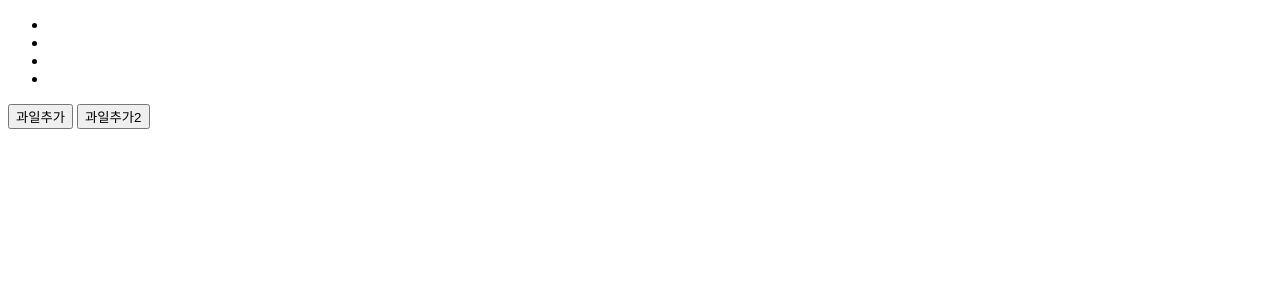
Repository: mvcfvsgdj/javaee
Page: ajaxPrj_09_6/src/main/webapp/jquery2.html
An editor plug-in stored every save of this project. The page is shown before and after the next save, followed by the edit.
The browser window is 1280 px wide. The pictures show the whole page.

Above is the page before, as saved 2023-09-06 01:35:08.

### ajaxPrj_09_6/src/main/webapp/jquery2.html
<!DOCTYPE html>
<html>
<head>
<meta charset="UTF-8">
<title>Insert title here</title>
<script src="https://ajax.googleapis.com/ajax/libs/jquery/3.7.0/jquery.min.js">
</script>
<script>
function add1(){
	alert("1");
	let ul = document.getElementById("fruit_list");
	let li = document.createElement("li");
	li.innerHTML="포도";
	ul.appendChild(li);
}
function add2(){
	alert("2");
}
</script>
</head>
<body>

<ul id="fruit_list">
	<li ></li>
	<li></li>
	<li></li>
	<li></li>

</ul>

<button onclick="add1()">과일추가</button>
<button onclick="add2()">과일추가2</button>
</body>
</html>

After the next save:
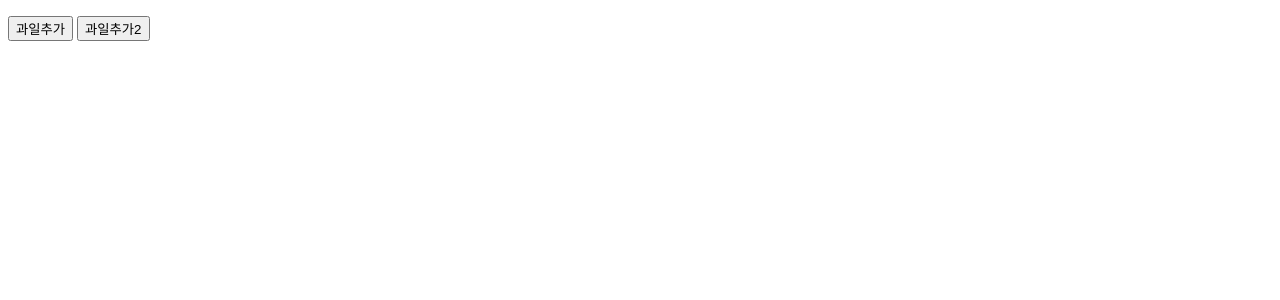
Saved 7 s later.
--- a/ajaxPrj_09_6/src/main/webapp/jquery2.html
+++ b/ajaxPrj_09_6/src/main/webapp/jquery2.html
@@ -21,10 +21,6 @@ function add2(){
 <body>
 
 <ul id="fruit_list">
-	<li ></li>
-	<li></li>
-	<li></li>
-	<li></li>
 
 </ul>
 
